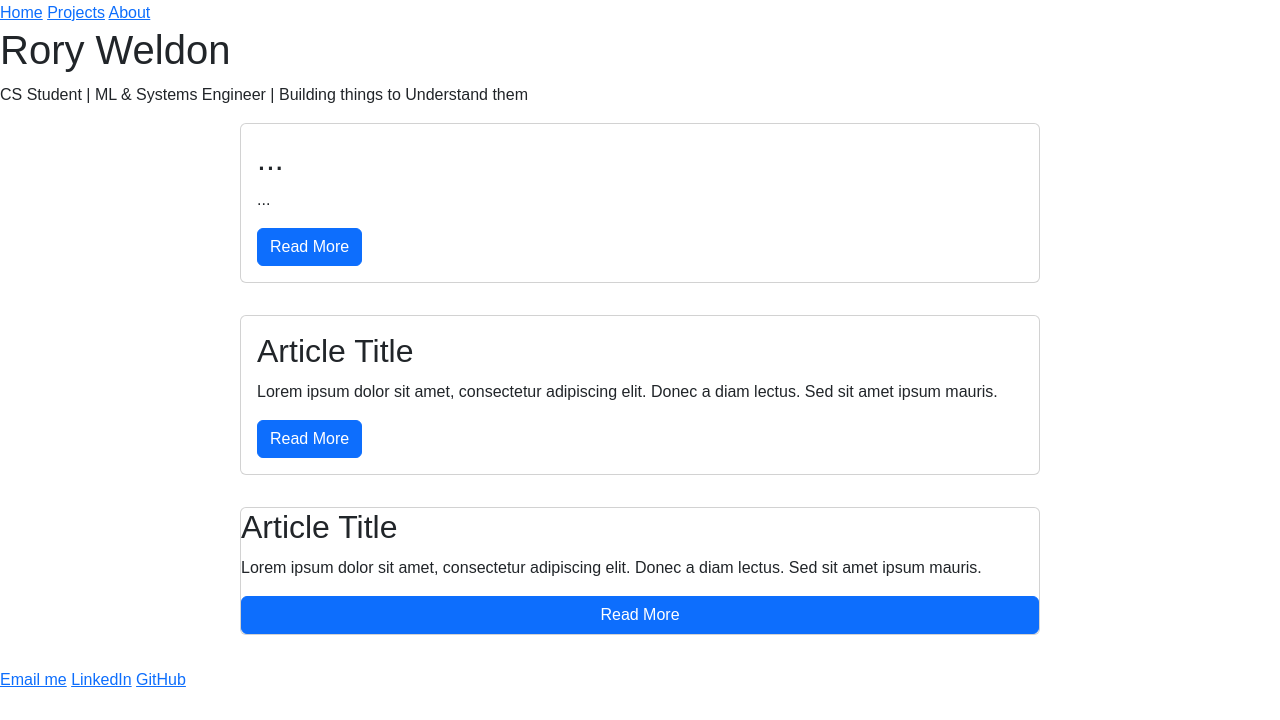
Repository: Art3misF0wl90/Portfolio
Page: index.html
The author's editor kept a copy of each file at every save. The page is drawn from the files as they stood at one save, then again after a run of saves.
The browser window is 1280 px wide. The pictures show the whole page.

Above is the page before, as saved 2026-06-17 19:05:36.

### index.html
<!doctype html>
<html lang="en">
  <!-- This is a simple portfolio website for Rory Weldon, a CS student with interests in ML and systems engineering. The website includes a navigation bar, header, main content area with project teasers, and a footer with contact information. -->
  <head>
    <meta charset="UTF-8" />
    <meta name="viewport" content="width=device-width, initial-scale=1.0" />
    <title>Rory Weldon - Portfolio</title>
    <link
      href="https://cdn.jsdelivr.net/npm/bootstrap@5.3.8/dist/css/bootstrap.min.css"
      rel="stylesheet"
      integrity="sha384-sRIl4kxILFvY47J16cr9ZwB07vP4J8+LH7qKQnuqkuIAvNWLzeN8tE5YBujZqJLB"
      crossorigin="anonymous"
    />
    <link rel="stylesheet" href="style.css" />
  </head>
  <!-- this is the main content area -->
  <body>
    <!-- Navigation bar -->
    <nav>
      <a href="index.html">Home</a>
      <a href="projects.html">Projects</a>
      <a href="about.html">About</a>
    </nav>

    <!-- Header content -->
    <header>
      <h1>Rory Weldon</h1>
      <p>
        CS Student | ML & Systems Engineer | Building things to Understand them
      </p>
    </header>

    <main>
      <!-- Main content - Teasers for projects-->
      <article class="card">
        <div class="card-body">
          <!-- provides internal padding -->
          <h2 class="card-title">...</h2>
          <p class="card-text">...</p>
          <a href="..." class="btn btn-primary">Read More</a>
        </div>
      </article>

      <article class="card">
        <div class="card-body">
          <h2 class="card-title">Article Title</h2>
          <p class="card-text">
            Lorem ipsum dolor sit amet, consectetur adipiscing elit. Donec a diam
            lectus. Sed sit amet ipsum mauris.
          </p>
          <a href="..." class="btn btn-primary">Read More</a>
        </div>
      </article>
      <!-- Add more articles as needed -->
      <article class="card">
        <!-- This is a placeholder article. Replace with actual project teasers. -->
        <h2 class="card-title">Article Title</h2>
        <p class="card-text">
          Lorem ipsum dolor sit amet, consectetur adipiscing elit. Donec a diam
          lectus. Sed sit amet ipsum mauris.
        </p>
        <!-- The "Read More" button can link to a detailed project page or modal -->
        <button class="btn btn-primary">Read More</button>
      </article>
    </main>
    <!-- Footer content -->
    <footer>
      <a href="mailto:lweldon2@students.kennesaw.edu">Email me</a>
      <a href="https://www.linkedin.com/in/rory-weldon-5829ab297/">LinkedIn</a>
      <a href="https://github.com/Art3misF0wl90">GitHub</a>
    </footer>
  </body>
</html>

### style.css
body {
  font-family: sans-serif;
  /* resetting the browser's default page margin */
  margin: 0;
  line-height: 1.6;
}

main {
  /*caps line length so text stays readable on wide screens*/
  max-width: 800px;
  /*auto L/R margins center the fixed-width block*/
  margin: 0 auto;
}

article {
  /*space between teasers - em = relative to font size*/
  margin-bottom: 2em;
}

After the next 2 saves:
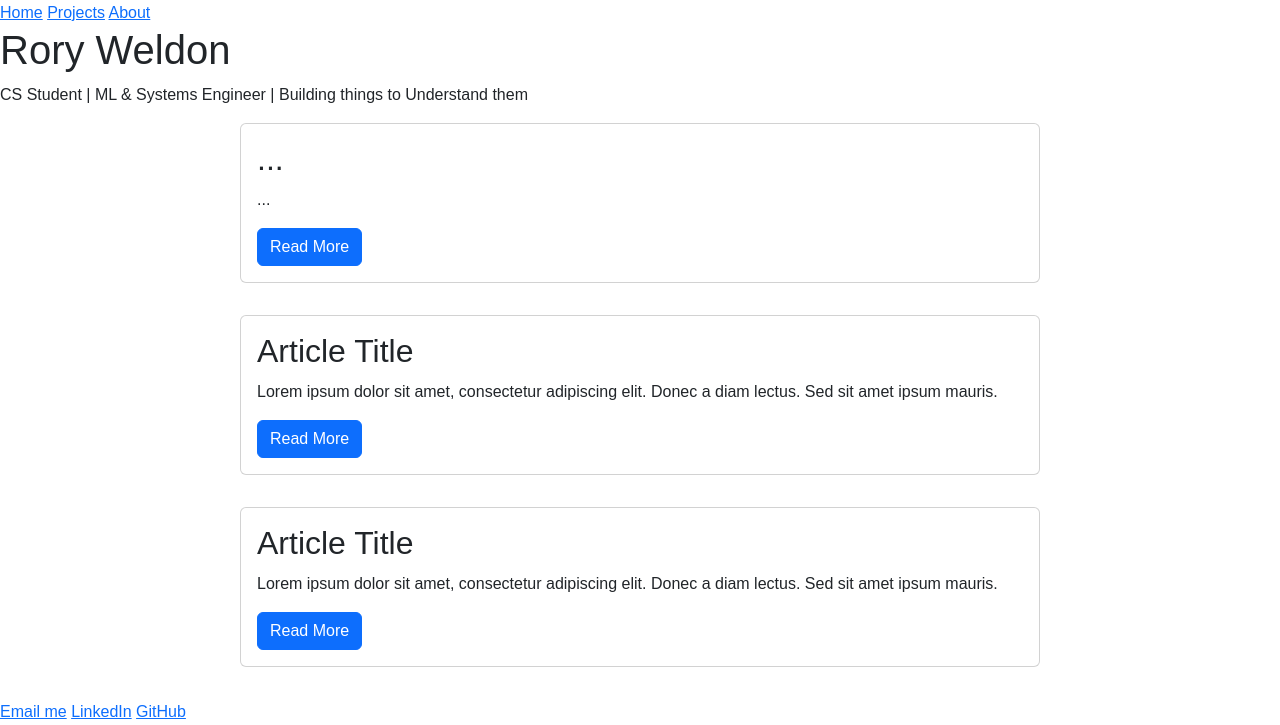
The 2 saves are shown as one change because they came seconds apart.
The last was saved 7 s later.
--- a/index.html
+++ b/index.html
@@ -53,14 +53,16 @@
       </article>
       <!-- Add more articles as needed -->
       <article class="card">
-        <!-- This is a placeholder article. Replace with actual project teasers. -->
-        <h2 class="card-title">Article Title</h2>
-        <p class="card-text">
-          Lorem ipsum dolor sit amet, consectetur adipiscing elit. Donec a diam
-          lectus. Sed sit amet ipsum mauris.
-        </p>
-        <!-- The "Read More" button can link to a detailed project page or modal -->
-        <button class="btn btn-primary">Read More</button>
+        <div class="card-body">
+          <!-- This is a placeholder article. Replace with actual project teasers. -->
+          <h2 class="card-title">Article Title</h2>
+          <p class="card-text">
+            Lorem ipsum dolor sit amet, consectetur adipiscing elit. Donec a diam
+            lectus. Sed sit amet ipsum mauris.
+          </p>
+          <!-- The "Read More" button can link to a detailed project page or modal -->
+          <a href="..." class="btn btn-primary">Read More</a>
+        </div>
       </article>
     </main>
     <!-- Footer content -->
